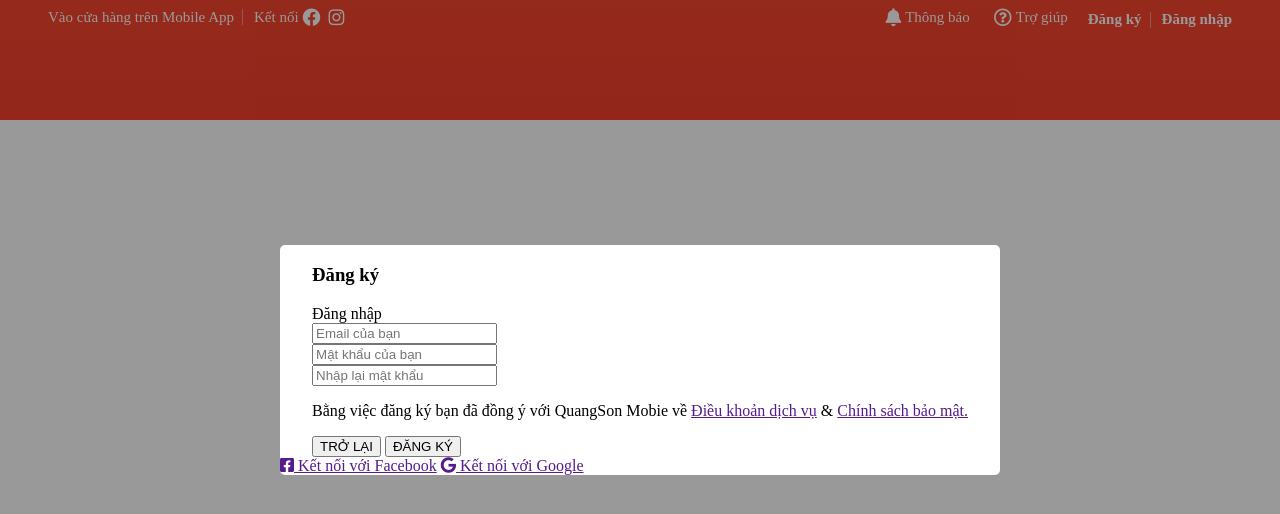
Repository: Qson412/BTL_Web
Page: index.html
The author's editor kept a copy of each file at every save. The page is drawn from the files as they stood at one save, then again after the next save.
The browser window is 1280 px wide. The pictures show the whole page.

Above is the page before, as saved 2021-11-29 11:06:59.

### index.html
<!DOCTYPE html>
<html lang="en">

<head>
    <meta charset="UTF-8">
    <meta http-equiv="X-UA-Compatible" content="IE=edge">
    <meta name="viewport" content="width=device-width, initial-scale=1.0">
    <link rel="stylesheet" href="./base.css">
    <link rel="stylesheet" href="./main.css">
    <link rel="stylesheet" href="./fontawesome-free-5.15.4-web/css/all.min.css">
    <title>Trang trủ</title>
</head>

<body>
    <div class="app">
        <!-- HEADER -->
        <header class="header">
            <div class="grid">
                <nav class="header__navbar">
                    <ul class="header__navbar-list">
                        <li class="header__navbar-item header__navbar-item--has-qr header__navbar-item--separate">
                            Vào cửa hàng trên Mobile App
                            <!--Link Dowloads App in QR, GG Play and AppStore-->
                            <div class="header__qr">
                                <img src="./uploads/qr_code.png" alt="QR code" class="header__qr-img">
                                <div class="header__qr-app">
                                    <!--Link Dowloads App in GG Play-->
                                    <a href="https://play.google.com/store/apps/details?id=com.shopee.vn&hl=vi&gl=US"
                                        class="header__qr-link"><img src="./uploads/gg_play.png" alt="Google Play"
                                            class="header__qr-dowloads-img"></a>
                                    <!--Link Dowloads App in AppStore-->
                                    <a href="https://apps.apple.com/vn/app/id959841449" class="header__qr-link"><img
                                            src="./uploads/appstore.png" alt="App Store"
                                            class="header__qr-dowloads-img"></a>
                                </div>
                            </div>
                        </li>
                        <li class="header__navbar-item">
                            <span class="header__navbar-title--no-poiter">Kết nối</span>
                            <a href="https://www.facebook.com/" class="header__navbar-icon-link"><i
                                    class="header__navbar-icon fab fa-facebook"></i></a>
                            <a href="https://www.instagram.com/" class="header__navbar-icon-link"><i
                                    class="header__navbar-icon fab fa-instagram"></i></a>
                        </li>
                    </ul>

                    <ul class="header__navbar-list">
                        <li class="header__navbar-item header__navbar-item--has-notify"><a href="" class="header__navbar-item-link">
                                <i class="header__navbar-icon fas fa-bell"></i>
                                Thông báo</a>
                                <!-- Header Notification-->
                                <div class="header__notify">
                                    <header class="header__notify-header">
                                        <h3> Thông báo mới nhận</h3>
                                    </header>
                                    <ul class="header__notify-list">
                                        <li class="header__notify-item header__notify-item--viewed">
                                            <a href="" class="header__notify-link">
                                                <img src="https://cf.shopee.vn/file/3096ba0dd1902385608dca97184bb28b_tn" alt="" class="header__notify-img">
                                                <div class="header__notify-info">
                                                    <span class="header__notify-name">
                                                        Dòng điện thoại SamSung chính hãng vừa ra mắt. </span>
                                                    <span class="header__notify-descriotion">
                                                        Mô tả: SamSung Galaxy Z Fold3 5G.
                                                    </span>
                                                </div>
                                            </a>
                                        </li>

                                        <li class="header__notify-item header__notify-item--viewed">
                                            <a href="" class="header__notify-link">
                                                <img src="https://cf.shopee.vn/file/98a817a6d4d54cbe3c3f241815fc9c8f" alt="" class="header__notify-img">
                                                <div class="header__notify-info">
                                                    <span class="header__notify-name">
                                                        Siêu sale hàng chính hãng cùng Oppo </span>
                                                    <span class="header__notify-descriotion">
                                                        Mô tả: OPPO RENO 6(8GB | 128GB) - Hàng chính hãng.
                                                    </span>
                                                </div>
                                            </a>
                                        </li>

                                        <li class="header__notify-item header__notify-item--viewed">
                                            <a href="" class="header__notify-link">
                                                <img src="https://cf.shopee.vn/file/cd2c1b70c092a7ce16bf17bdd33a638e" alt="" class="header__notify-img">
                                                <div class="header__notify-info">
                                                    <span class="header__notify-name">
                                                        Xiaomi đang giảm giá dòng sản phẩm mới với giá cực sốc.</span>
                                                    <span class="header__notify-descriotion">
                                                        Mô tả: Xiaomi Redmi 10(4GB|128GB) - Hàng chính hãng.
                                                    </span>
                                                </div>
                                            </a>
                                        </li>
                                    </ul>
                                    <footer class="header__notify-footer">
                                        <a href="" class="header__notify-footer-btn">Xem tất cả</a>
                                    </footer>
                                </div>
                        </li>
                        <li class="header__navbar-item"><a href="" class="header__navbar-item-link">
                                <i class="header__navbar-icon far fa-question-circle"></i>
                                Trợ giúp</a>
                        </li>
                        <li class="header__navbar-item header__navbar-item--strong header__navbar-item--separate">Đăng
                            ký</li>
                        <li class="header__navbar-item header__navbar-item--strong">Đăng nhập</li>
                    </ul>
                </nav>
            </div>

        </header>

        <div class="container">

        </div>

        <footer class="footer">

        </footer>
    </div>
    <!-- Modal Body-->
    <div class="modal">
        <div class="modal__overlay"> </div>

        <div class="modal__body">
            <div class="modal__inner">
               <!-- Regiser/Login Form-->
               <div class="auth-form">
                   <div class="auth-form__container">
                    <div class="auth-form__header">
                        <h3 class="auth-form__heading">Đăng ký</h3>
                        <span class="auth-form__switch-btn">Đăng nhập</span>
                    </div>

                    <div class="auth-form__form">
                        <div class="auth-form__group">
                            <input type="text" class="auth-form__input" placeholder="Email của bạn">
                        </div>
                        <div class="auth-form__group">
                            <input type="password" class="auth-form__input" placeholder="Mật khẩu của bạn">
                        </div>
                        <div class="auth-form__group">
                            <input type="password" class="auth-form__input" placeholder="Nhập lại mật khẩu">
                        </div>
                    </div>
                    <div class="auth-form__aside">
                        <p class="auth-form__policy-text">Bằng việc đăng ký bạn đã đồng ý với QuangSon Mobie về
                        <a href="" class="auth-form__policy-link">Điều khoản dịch vụ</a> &
                        <a href="" class="auth-form__policy-link">Chính sách bảo mật.</a>
                        </p>
                    </div>
                    <div class="auth-form__controls">
                        <button class="btn">TRỞ LẠI</button>
                        <button class="btn btn--primary">ĐĂNG KÝ</button>
                    </div>
                   </div>

                    <div class="auth-form__socials">
                        <a href="" class="btn btn--with-icon">
                            <i class="fab fa-facebook-square"></i>
                            Kết nối với Facebook</a>
                        <a href="" class="btn btn--with-icon">
                            <i class="fab fa-google"></i>
                            Kết nối với Google</a>
                    </div>
               </div>
            </div>
        </div>
    </div>
</body>

</html>

### base.css
body{
    margin: 0;
    padding: 0;
}
.grid{
    width: 1200px;
    max-width: 100%;
    margin: 0 auto;
}

/* Animation */
@keyframes fadeIn{
    from{
        opacity: 0;
    }
    to{
        opacity: 1;
    }
}
/* Bien ma mau*/
:root{
    --primary-color: #ee4d2d;
}

/* Modal */
.modal{
    position: fixed;
    top: 0;
    right: 0;
    left: 0;
    bottom: 0;
    display: flex;
}

.modal__overlay{
    position: absolute;
    width: 100%;
    height: 100%;
    background-color: rgba(0,0,0, 0.4);
}

.modal__body{
    z-index: 1;
    position: relative;
   background-color: white;

    margin: auto;
    border-radius: 5px;
}

### main.css
.header{

    height: 120px;
    background-image: linear-gradient(0, #f63f2e, #f7462e);
}
.header__navbar{
    display: flex;
    justify-content: space-between;
}
.header__navbar-list{
    list-style: none;
    padding-left: 0;
    margin-top: 4px;
}

.header__navbar-icon-link{
    color: white;
    text-decoration: none;
}

.header__navbar-icon{
    font-size: 18px;
    margin: 0 4px;
}
.header__navbar-item{
    margin: 0 8px ;
    position: relative;
    min-height: 26px;
}
.header__navbar-item--has-qr:hover .header__qr{
    display: block;
}
.header__navbar-item--has-notify:hover .header__notify{
    display: block;
}
.header__navbar-item,
.header__navbar-item-link{
    display: inline-block;
    font-size: 15px;
    color: white;
    text-decoration: none;
   font-family: 'Times New Roman', Times, serif;
}
.header__navbar-item:hover,
.header__navbar-icon-link:hover,
.header__navbar-item-link:hover{
    cursor: pointer;
    color: rgba(255, 255, 255, 0.7);
}

.header__navbar-item,
.header__navbar-item-link,
.header__navbar-icon-link{
    display: inline-flex;
    align-items: center;
}
.header__navbar-item--strong{
    font-weight: 900;
}

.header__navbar-item--separate::after{
    content: "";
    display: block;
    position: absolute;
    border-left: 1px solid #FB9086;
    height: 16px;
    right: -9px;
    top: 50%;
    transform: translateY(-50%);
}

.header__navbar-title--no-poiter{
    cursor: text;
    color: white;
}

/* Header QR code */
.header__qr{
    width: 175px;
    background-color: white ;
    position: absolute;
    left: 0;
    top: 118%;
    padding: 8px;
    border-radius: 2px;
    display: none;
    animation: fadeIn ease-in 0.5s;
}
.header__qr::before{
    position: absolute;
    left: 0;
    top: -16px;
    width: 100%;
    height: 20px;
    content: "";
    display: block;
}
.header__qr-img{
    width: 100%;
}

.header__qr-app{
    display: flex;
    justify-content: space-between;
    /* width: 100%;*/
}

.header__qr-link:nth-child(1){
    margin-left: 11px;
}
.header__qr-link:nth-child(2){
    margin-right: 11px;
}
.header__qr-dowloads-img{
    height: 16px;
}
/* HEADER NOTI.fication */
.header__notify{
    position: absolute;
    top: 118%;
    width: 404px;
    border: 1px solid #d3d3d3;
    background-color: white;
    right: 0;
    cursor: default;
    transform-origin: calc(100% - 20px) top ;
    animation: headerNotifyGrowth ease-in 0.2s;
    /* Mo rong animation trong truong hop 1 so Web không ho tro Animation */
    -webkit-animation: headerNotifyGrowth ease-in 0.2s;
    will-change: opacity, transform;
    display: none;
}

.header__notify::before{
    content: "";
    border-width: 20px 27px;
    border-style: solid;
    border-color: transparent transparent white transparent;
    position: absolute;
    right: 4px;
    top: -28px;
}

.header__notify::after{
    content: "";
    display: block;
    position: absolute;
    width: 90px;
    height: 20px;
    right: 0;
    top: -16px;
}
@keyframes headerNotifyGrowth{
    from{
        opacity: 0;
        transform: scale(0);
    }
    to{
        opacity: 1;
        transform: scale(1);
    }
}
.header__notify-header{
    height: 40px;
    background-color: white;
}

.header__notify-header h3{
    color: #999;
    margin:0 0 0 12px;
    font-weight: 400;
    font-size: 15px;
    line-height: 40px;
    user-select: none;
}

.header__notify-list{
    padding-left: 0;
}

.header__notify-item{
    display: flex;
}

.header__notify-item:hover{
    background-color: #f7f7f7;
}
.header__notify-item--viewed{
    background-color: rgb(238, 75, 43 , 0.08);
}

.header__notify-link{
    display: flex;
    width: 100%;
    padding: 12px;
    text-decoration: none;
    background-color: rgb(238, 77, 45 , 0.08);
}

.header__notify-img{
    width: 50px;
    object-fit: contain;
}

.header__notify-info{
    margin-left: 12px;
}

.header__notify-name{
    display:block;
    font-size: 14px;
    color: black;
    font-weight: 400;
    line-height: 1.2rem;
}

.header__notify-descriotion{
    display: block;
    font-size: 12px;
    color: #756f6e;
    line-height: 1.6rem;
}

.header__notify-footer{
    display: flex;
}

.header__notify-footer-btn{
    text-decoration: none;
    color: #272626;
    width: 100%;
    padding: 8px 0;
    text-align: center;
}

/* Authel Modal */
.auth-form__container{
    padding: 0 32px;

}

Loaded but not shown: fontawesome-free-5.15.4-web/css/all.min.css (library)

After the next save:
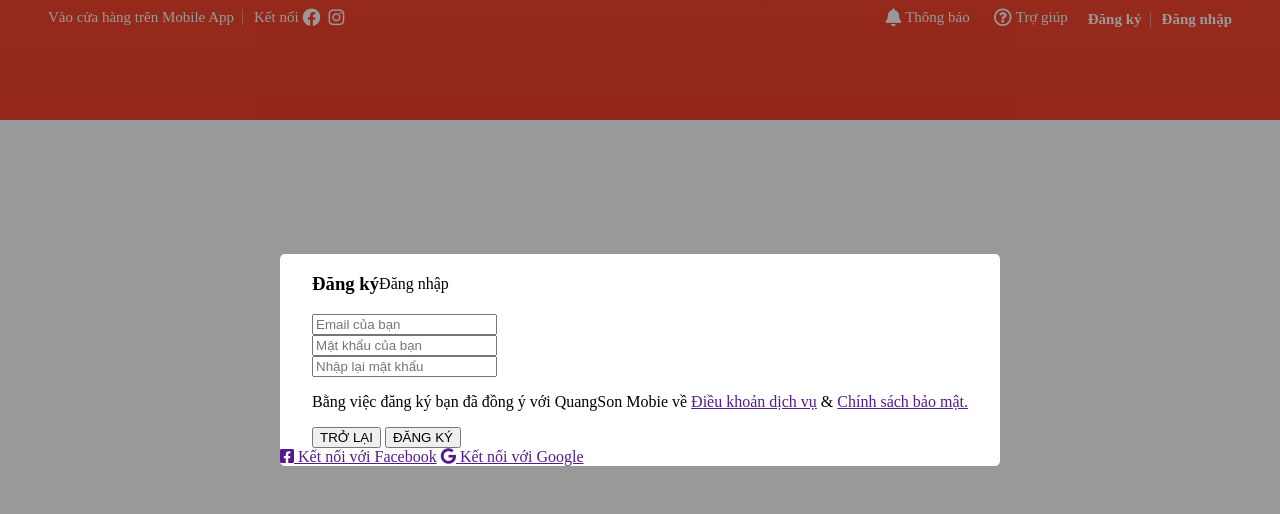
Saved 41 s later.
--- a/main.css
+++ b/main.css
@@ -236,5 +236,9 @@
 /* Authel Modal */
 .auth-form__container{
     padding: 0 32px;
-
-}
+}
+
+.auth-form__header{
+    display: flex;
+    align-items: center;
+}
